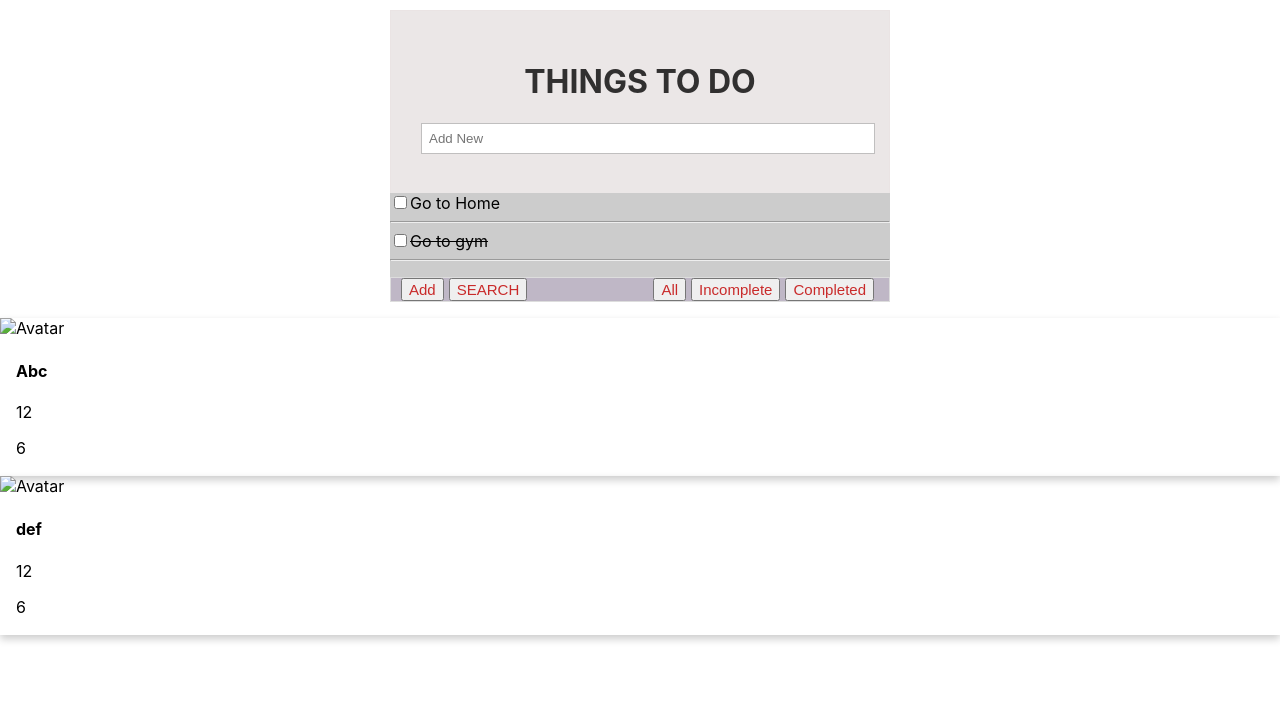
Repository: kirangautam45/To-Do-Application
Page: /
The author's editor kept a copy of each file at every save. The page is drawn from the files as they stood at one save, then again after a run of saves.
The browser window is 1280 px wide. The pictures show the whole page.
The project was rebuilt for these pictures with package versions that can differ from the ones it lists, and the page was loaded fresh each time.

Above is the page before, as saved 2022-08-12 09:22:03.

### src/App.js
import "./App.css";
import Tittle from "./components/Tittle";
import Input from "./components/Input";
import ToDoItem from "./components/ToDoItem";
import Footer from "./components/Footer";
import Cards from "./components/cards";

const todos = [
  {
    task: "Go to Home",
    isCompleted: false,
  },
  {
    task: "Go to gym",
    isCompleted: true,
  },
];
const studentName = [
  { name: "Abc", rollNumber: 12, class: 6, },
  { name: "def", rollNumber: 12, class: 6 },
];

function App() {
  return (
    <>
      <div div className="Body">
        <div className="To_Body">
          <Tittle />
          <Input />
        </div>
        {todos.map((item, index) => (
          <ToDoItem
            key={index}
            title={item.task}
            isCompleted={item.isCompleted}
          />
        ))}
        <Footer />
      </div>

      {studentName.map((student,index)=>(
        <Cards
        key ={index}
        name={student.name}
        roll={student.rollNumber}
        class={student.class}

        />
      ))
      }

    </>
  );
}

export default App;

### src/App.css
.Body {
  background-color: #ccc;
 width: 500px;
 margin: 10px auto;
display: 'flex';

}
.Header{
  text-align: center;
  color:rgb(49, 48, 48);
}
.To_Body{
min-height: fit-content;
justify-content: center;
background-color: #ebe7e7;
padding: 30px;
border: 1px rgb(234, 228, 228);
    border-top-style: none;
    border-right-style: none;
    border-left-style: none;
border-style: solid solid none;
}
.Input_text{
  outline: none;
  width: 100%;
  padding: 7px;
  border: 1px solid  rgb(192, 191, 191);
  margin-bottom: 2%;
}
.Icon{
  justify-content:space-evenly;
  height: auto;
  flex-direction: row;
justify-content: space-between;
border: 1px solid #ddd;
background-color: #bfb7c6;
padding: 12px 20px;
text-decoration: line-through;
margin: 1em auto;
display: flex;
justify-content: space-between;
padding: 0 10px;
}

.Icon_right{
text-align: right;
flex-direction: row;

}
.Icon_button {
  height:auto;
  width: auto;
  align-items: left;
  color: rgb(201, 42, 42);
  font-size: 15px;
  margin-right: 5px;
  cursor: pointer;
  height: 1;
  padding: 5;
}
.Border{
  line-break: auto 1 ;
  border-radius: 1rem;
}
.Text{
  text-decoration: line-through;
    text-decoration-line: line-through;
    text-decoration-style: solid;
    text-decoration-color: currentcolor;
    text-decoration-thickness: auto;
}
.card {
  /* Add shadows to create the "card" effect */
  box-shadow: 0 4px 8px 0 rgba(0,0,0,0.2);
  transition: 0.3s;
}

/* On mouse-over, add a deeper shadow */
.card:hover {
  box-shadow: 0 8px 16px 0 rgba(0,0,0,0.2);
}

/* Add some padding inside the card container */
.container {
  padding: 2px 16px;
}

### src/components/Tittle.js
import React from 'react'

const Tittle = () => {
  return (
    <div>
      <h1 className="Header"> THINGS TO DO</h1>
    </div>
  )
}

export default Tittle

### src/components/Input.js
import React from 'react'

const Input = () => {
  return (
    <div>
      <input className="Input_text" placeholder="Add New" />
    </div>
  )
}

export default Input

### src/components/ToDoItem.js
import React from "react";

const ToDoItem = (props) => {
  return (
    <div className="Box">
      <input type="checkbox" />
      <span className={`${props.isCompleted ? "Text" : ""}`}>
        {props.title}{" "}
      </span>
      <hr />
    </div>
  );
};

export default ToDoItem;

### src/components/Footer.js
import React from 'react'

const Footer = () => {
  return (
    <div>
          <div className="Icon">
              <div>
                <button className="Icon_button">Add</button>
                <button className="Icon_button">SEARCH</button>
              </div>
              <div className="Icon_right">
                <button className="Icon_button">All</button>
                <button className="Icon_button">Incomplete</button>
                <button className="Icon_button">Completed</button>
              </div>
          </div>
    </div>
  )
}

export default Footer

### src/components/cards.js
import React from 'react'

const cards = (props) => {
  return (
    <div>
       <div class="card">
  <img src={props.image} alt="Avatar"  width={100}/>
  <div class="container">
    <h4><b>{props.name}</b></h4>
    <p>{props.roll}</p>
    <p>{props.class}</p>
  </div>
</div>
    </div>
  )
}

export default cards

Loaded but not shown: public/index.html (common file); src/index.js (common file); src/index.css (common file)

After the next 4 saves:
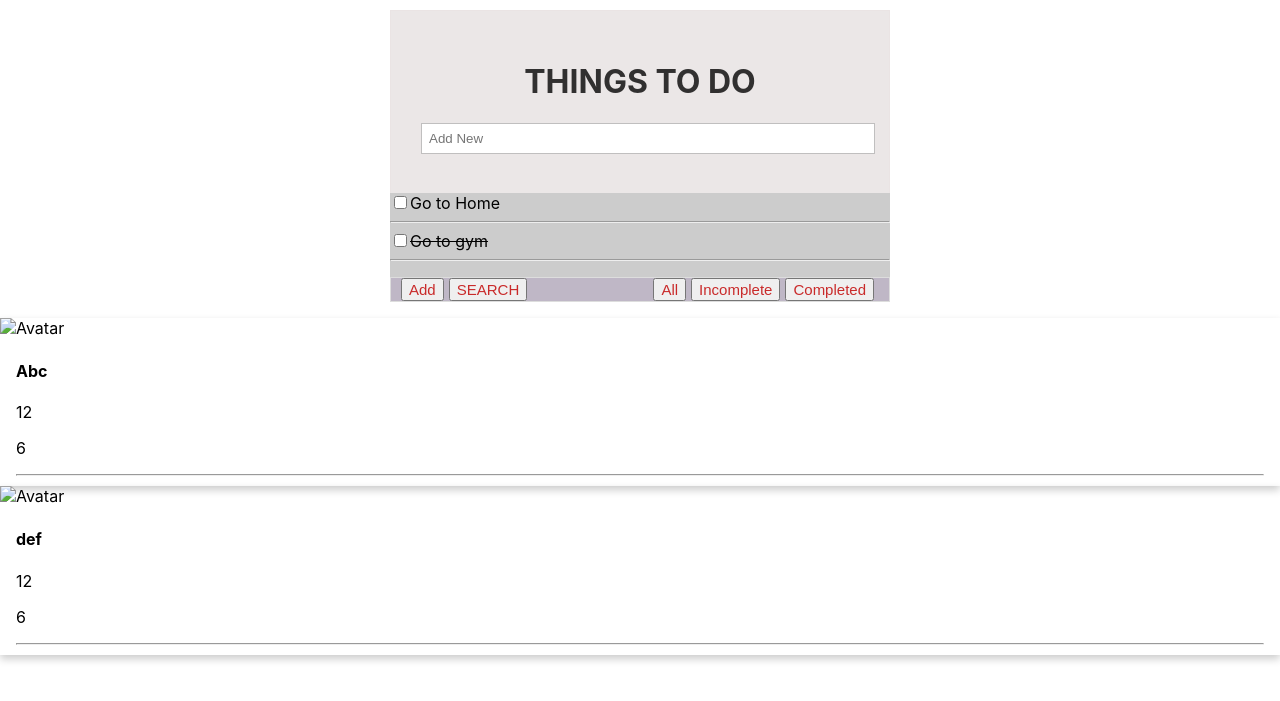
The 4 saves are shown as one change because 1 did not build or start and some came seconds apart.
The last was saved 3 min 26 s later.
--- a/src/components/cards.js
+++ b/src/components/cards.js
@@ -9,6 +9,7 @@ const cards = (props) => {
     <h4><b>{props.name}</b></h4>
     <p>{props.roll}</p>
     <p>{props.class}</p>
+    <hr/>
   </div>
 </div>
     </div>
